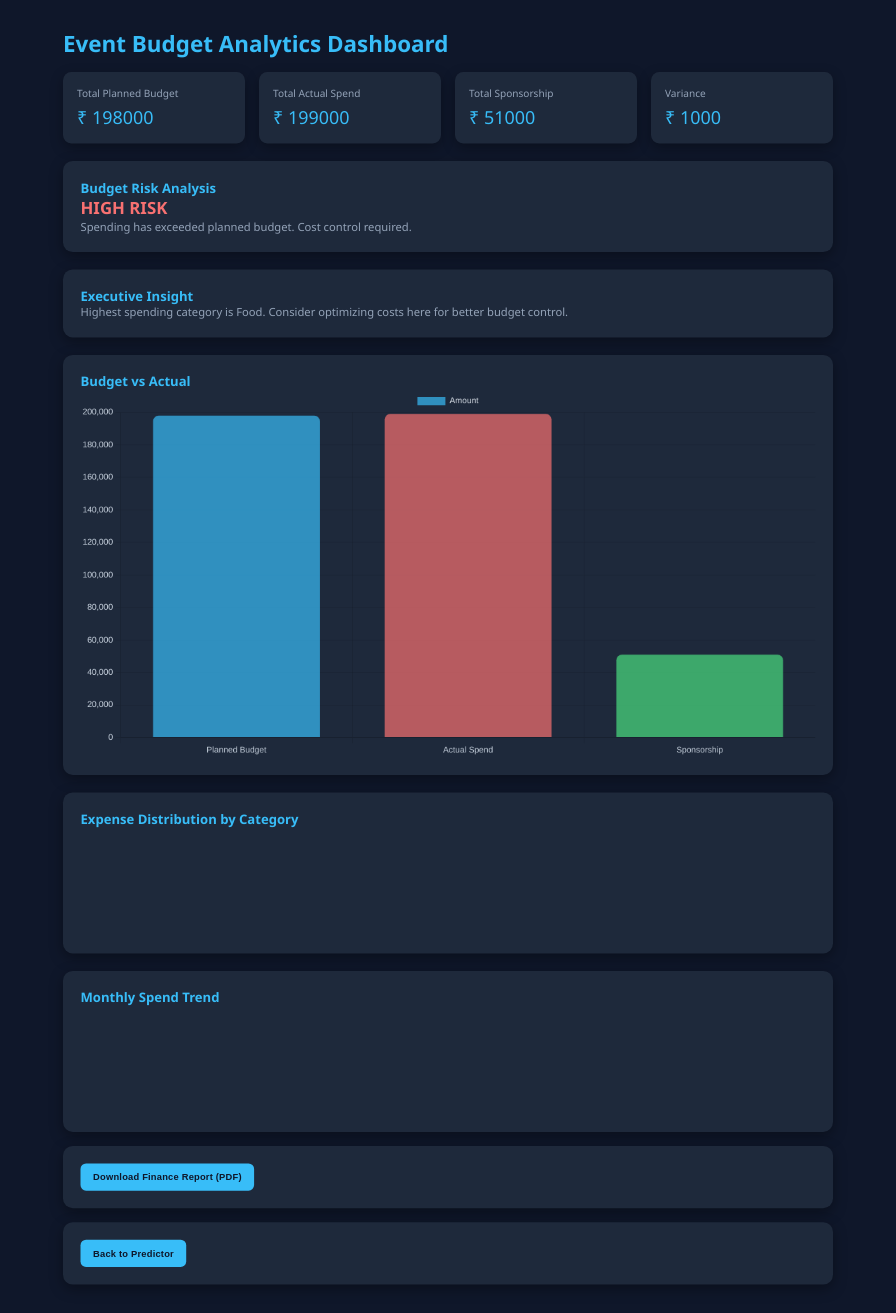
Repository: PratapOP/event-budget-analytics
Page: http://localhost/dashboard
The author's editor kept a copy of each file at every save. The page is drawn from the files as they stood at one save, then again after the next save.
The browser window is 1280 px wide. The pictures show the whole page, at 70% of full size.
The page is served by the project's application, run on Flask 3 (app.py).

Above is the page before, as saved 2026-02-21 04:47:23.
Console error: ReferenceError: categoryLabels is not defined

After the next save:
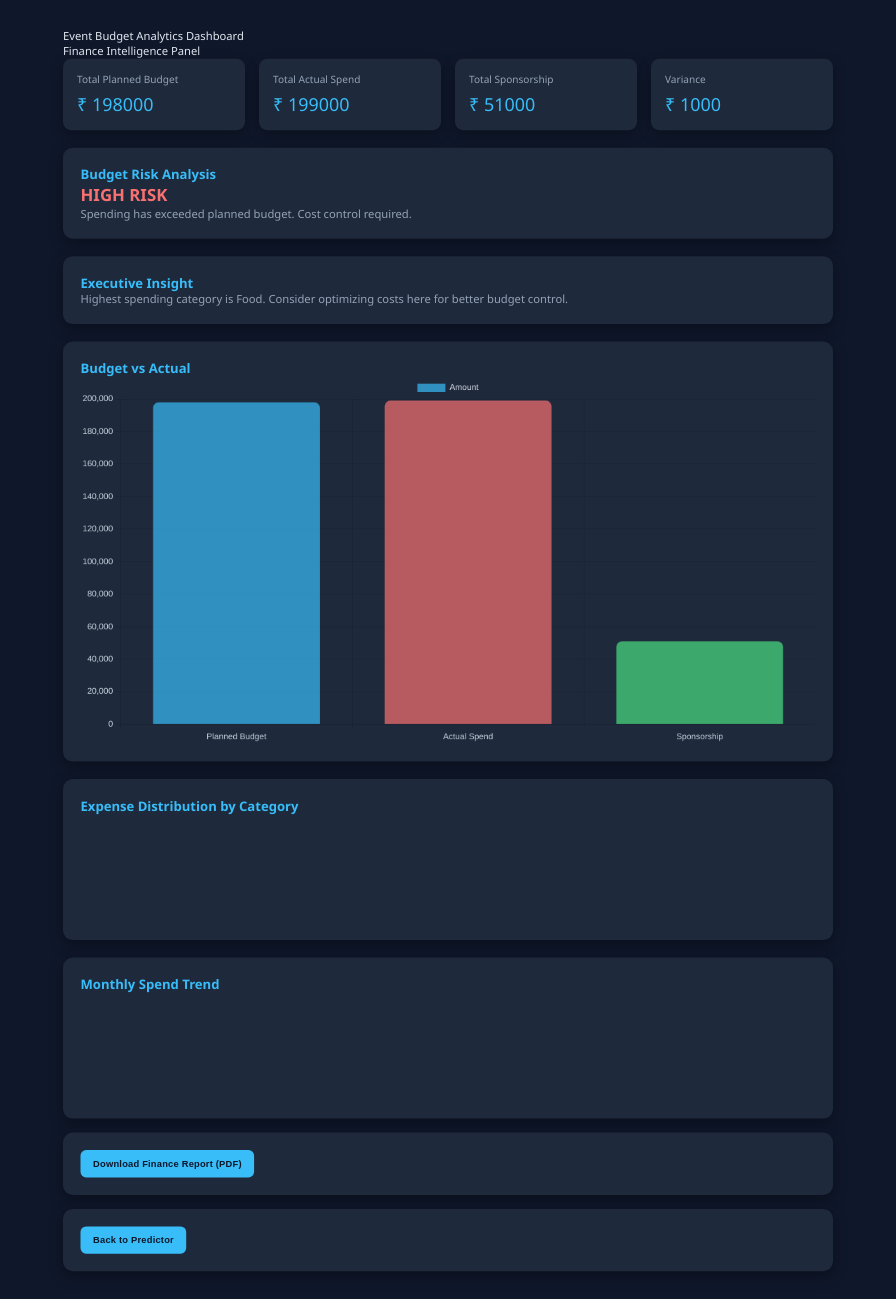
Saved 26 min 3 s later.
--- a/templates/dashboard.html
+++ b/templates/dashboard.html
@@ -9,7 +9,10 @@
 
 <div class="container">
 
-    <h1>Event Budget Analytics Dashboard</h1>
+    <div class="top-bar">
+    <div class="title">Event Budget Analytics Dashboard</div>
+    <div class="subtitle">Finance Intelligence Panel</div>
+</div>
 
     <!-- KPI SECTION -->
     <div class="kpi-grid">
